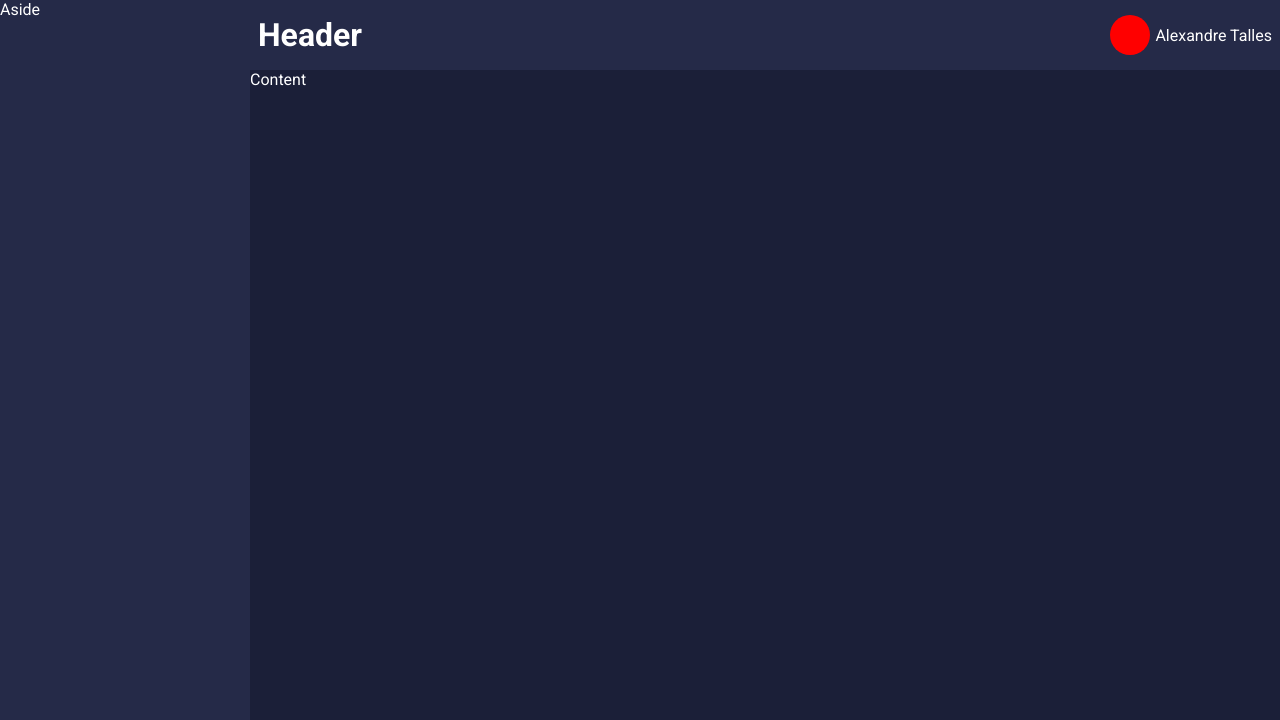
Repository: XFERRER7/dashboard
Page: /
The author's editor kept a copy of each file at every save. The page is drawn from the files as they stood at one save, then again after the next save.
The browser window is 1280 px wide. The pictures show the whole page.
The project was rebuilt for these pictures with package versions that can differ from the ones it lists, and the page was loaded fresh each time. Also part of the build but not shown: vite.config.ts.

Above is the page before, as saved 2022-07-07 15:47:46.

### index.html
<!DOCTYPE html>
<html lang="pt-br">

<head>
  <meta charset="UTF-8" />
  <meta name="viewport" content="width=device-width, initial-scale=1.0" />
  <link rel="shortcut icon" href="src/assets/Logo.svg" type="image/x-icon">
  <link rel="preconnect" href="https://fonts.googleapis.com">
  <link rel="preconnect" href="https://fonts.gstatic.com" crossorigin>
  <link href="https://fonts.googleapis.com/css2?family=Roboto:wght@400;500;700&display=swap" rel="stylesheet">
  <title>Dashboard</title>
</head>

<body>
  <div id="root"></div>
  <script type="module" src="/src/main.tsx"></script>
</body>

</html>

### src/main.tsx
import React from 'react'
import ReactDOM from 'react-dom/client'
import {App} from './App'

ReactDOM.createRoot(document.getElementById('root')!).render(
  <React.StrictMode>
    <App />
  </React.StrictMode>
)

### src/App.tsx
import Global from "./styles/Global"
import { Layout } from './components/Layout'
import { ThemeProvider } from 'styled-components'
import dark from './styles/Themes/dark'
import light from './styles/Themes/light'

export const App = () => {
  return (
    <div>
      <ThemeProvider theme={dark}>
        <Global />
        <Layout />
      </ThemeProvider>
    </div>
  )
}

### src/styles/Global.ts
import { createGlobalStyle } from 'styled-components'

export default createGlobalStyle`

  * {
    margin: 0;
    padding: 0;
    box-sizing: border-box;
  }

  html, body, #root {
    height: 100%;
  }

  *, button, input {
    border: 0;
    outline: 0;
    font-family: 'Roboto', sans-serif;
  }

  button {
    cursor: pointer;
  }

`;

### src/components/Layout/index.tsx
import {Container} from './Styles'
import { MainHeader} from '../MainHeader'
import { Content} from '../Content'
import { Aside} from '../Aside'

export const Layout = () => {
  return (
    <Container>
      <MainHeader/>
      <Aside/>
      <Content/>
    </Container>
  )
}

### src/styles/Themes/dark.ts
export default {
  title: 'dark',

  colors: {
    primary: '#1B1F38',
    secondary: '#252A48',
    tertiary: '##313862',

    white: '#fff',
    black: '#000',
    gray: '#dfdfdf',

    sucess: '#4E41F0',
    info: '#F7931B',
    warnig: '#E44C4E'


  }
}

### src/components/Layout/Styles.ts
import styled from "styled-components"

export const Container = styled.div`
  display: grid;
  grid-template-columns: 250px auto;
  grid-template-rows: 70px auto;

  grid-template-areas:
  'AS MH'
  'AS CT';
  height: 100vh;

`

### src/components/MainHeader/index.tsx
import {
  Container,
  Profile,
  UserName,
  ImgUser
}
  from './Styles'


export const MainHeader = () => {
  return (
    <Container>
      <h1>Header</h1>

      <Profile>
        <ImgUser/>
        <UserName>Alexandre Talles</UserName>

      </Profile>
    </Container>
  )
}

### src/components/Content/index.tsx
import {Container} from './Styles'


export const Content = () => {
  return (
    <Container>
      <div>Content</div>

    </Container>
  )
}

### src/components/Aside/index.tsx
import {Container} from './Styles'


export const Aside = () => {
  return (
    <Container>
      <div>Aside</div>

    </Container>
  )
}

### src/components/MainHeader/Styles.ts
import styled from "styled-components"

export const Container = styled.div`
  grid-area: MH;
  color: ${props => props.theme.colors.white};
  background-color: ${props => props.theme.colors.secondary};
  display: flex;
  justify-content: space-between;
  align-items: center;
  padding: 8px;
`

export const Profile = styled.div`
  display: flex;
  align-items: center;
  justify-content: center;
  gap: 5px;
`

export const UserName = styled.div`

`

export const ImgUser = styled.div`
  height: 40px;
  width: 40px;
  border-radius: 50%;
  background-color: red;
`

### src/components/Content/Styles.ts
import styled from "styled-components"

export const Container = styled.div`
  grid-area: CT;
  color: ${props => props.theme.colors.white};
  background-color: ${props => props.theme.colors.primary};
`

### src/components/Aside/Styles.ts
import styled from "styled-components"

export const Container = styled.div`
  grid-area: AS;
  color: ${props => props.theme.colors.white};
  background-color: ${props => props.theme.colors.secondary};
`

After the next save:
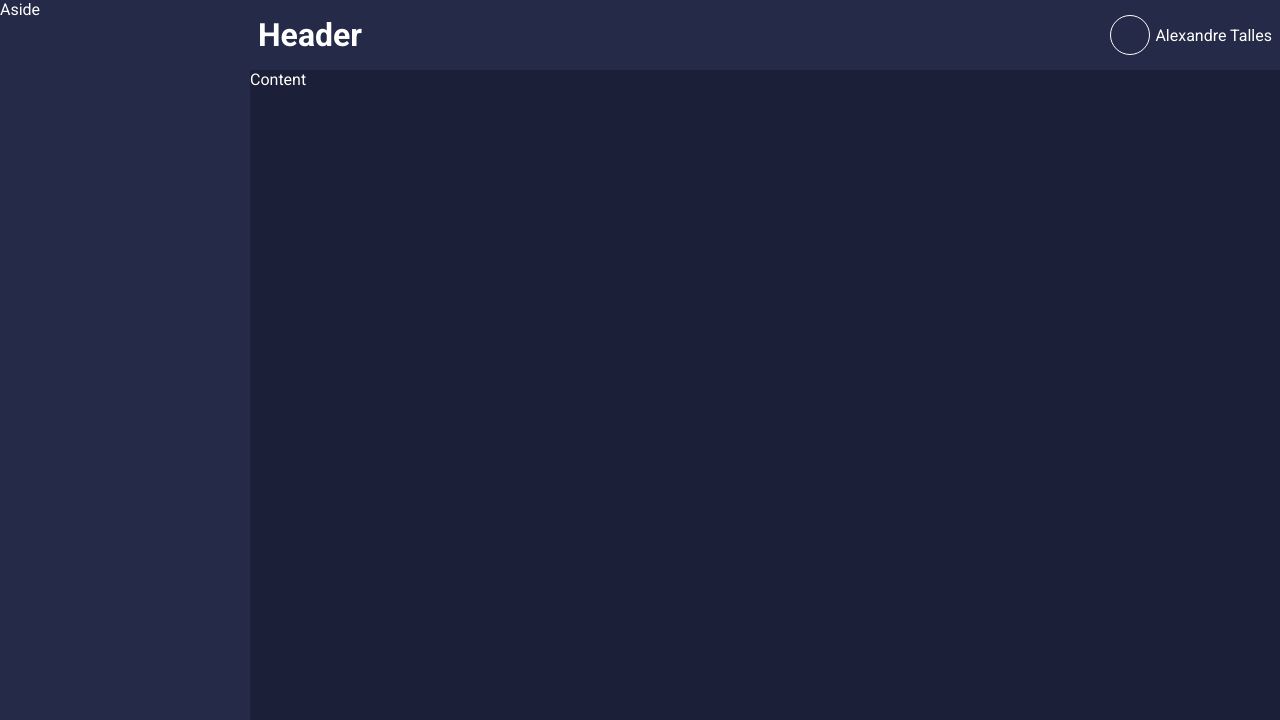
Saved 9 s later.
--- a/src/components/MainHeader/Styles.ts
+++ b/src/components/MainHeader/Styles.ts
@@ -25,5 +25,5 @@ export const ImgUser = styled.div`
   height: 40px;
   width: 40px;
   border-radius: 50%;
-  background-color: red;
+  border: 1px solid ;
 `
